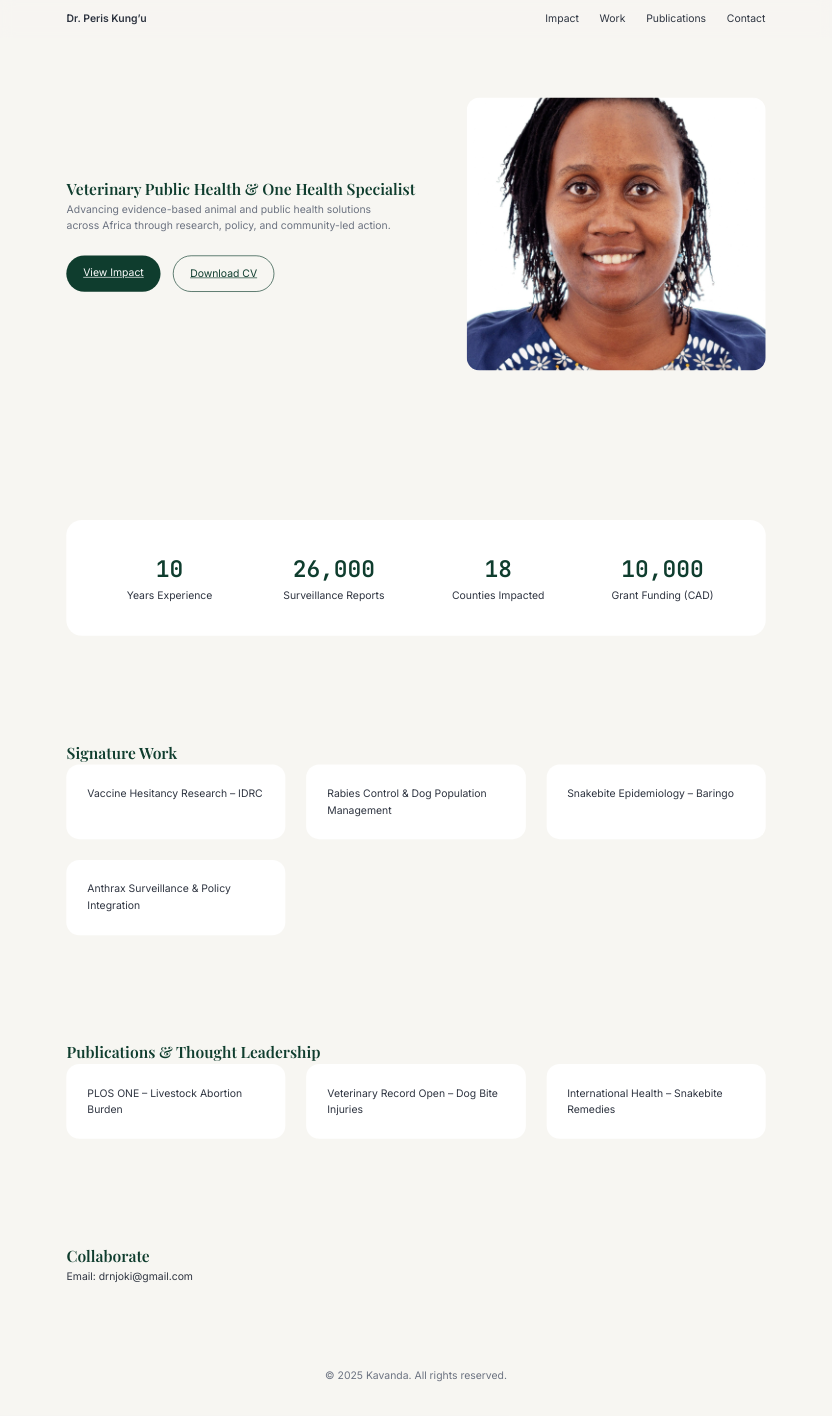
Repository: ladygit-comits/Peris_Portfolio
Page: index.html
An editor plug-in stored every save of this project. The page is shown before and after the next save, followed by the edit.
The browser window is 1280 px wide. The pictures show the whole page, at 65% of full size.

Above is the page before, as saved 2026-01-01 20:38:53.

### index.html
<!DOCTYPE html>
<html lang="en">
<head>
  <meta charset="UTF-8" />
  <meta name="viewport" content="width=device-width, initial-scale=1.0" />
  <title>Dr. Peris Kung’u | Veterinary Public Health</title>

  <!-- Google Fonts -->
  <link href="https://fonts.googleapis.com/css2?family=Playfair+Display:wght@400;600&family=Inter:wght@300;400;500;600&family=JetBrains+Mono:wght@400;600&display=swap" rel="stylesheet">

  <link rel="stylesheet" href="style.css" />
</head>
<body>

<nav>
  <strong>Dr. Peris Kung’u</strong>
  <ul>
    <li><a href="#impact">Impact</a></li>
    <li><a href="#work">Work</a></li>
    <li><a href="#publications">Publications</a></li>
    <li><a href="#contact">Contact</a></li>
  </ul>
</nav>

<section class="hero">
  <div class="hero-text">
    <h1>Veterinary Public Health & One Health Specialist</h1>
    <p>
      Advancing evidence-based animal and public health solutions across Africa through research, policy, and community-led action.
    </p>
    <div class="cta">
      <a class="btn primary" href="#work">View Impact</a>
      <a class="btn secondary" href="#">Download CV</a>
    </div>
  </div>
  <div class="hero-img"></div>
</section>

<section id="impact">
  <div class="stats">
    <div class="stat">
      <h3 data-count="10">0</h3>
      <p>Years Experience</p>
    </div>
    <div class="stat">
      <h3 data-count="26000">0</h3>
      <p>Surveillance Reports</p>
    </div>
    <div class="stat">
      <h3 data-count="18">0</h3>
      <p>Counties Impacted</p>
    </div>
    <div class="stat">
      <h3 data-count="10000">0</h3>
      <p>Grant Funding (CAD)</p>
    </div>
  </div>
</section>

<section id="work">
  <h2>Signature Work</h2>
  <div class="grid">
    <div class="card">Vaccine Hesitancy Research – IDRC</div>
    <div class="card">Rabies Control & Dog Population Management</div>
    <div class="card">Snakebite Epidemiology – Baringo</div>
    <div class="card">Anthrax Surveillance & Policy Integration</div>
  </div>
</section>

<section id="publications">
  <h2>Publications & Thought Leadership</h2>
  <div class="grid">
    <div class="card">PLOS ONE – Livestock Abortion Burden</div>
    <div class="card">Veterinary Record Open – Dog Bite Injuries</div>
    <div class="card">International Health – Snakebite Remedies</div>
  </div>
</section>

<section id="contact">
  <h2>Collaborate</h2>
  <p>Email: drnjoki@gmail.com</p>
</section>

<footer>
 © 2025 Kavanda. All rights reserved.
</footer>

<script src="script.js"></script>
</body>
</html>

### style.css
:root {
  --primary: #0F3D2E;
  --accent: #C9A24D;
  --bg: #F7F6F2;
  --text: #2E3440;
  --muted: #6B7280;
}

* {
  margin: 0;
  padding: 0;
  box-sizing: border-box;
}

body {
  font-family: 'Inter', sans-serif;
  background: var(--bg);
  color: var(--text);
  line-height: 1.6;
}

section {
  padding: 5rem 8%;
}

h1, h2, h3 {
  font-family: 'Playfair Display', serif;
  color: var(--primary);
}

/* NAV */
nav {
  position: fixed;
  top: 0;
  width: 100%;
  background: rgba(247,246,242,0.9);
  backdrop-filter: blur(10px);
  padding: 1rem 8%;
  display: flex;
  justify-content: space-between;
  align-items: center;
  z-index: 1000;
}

nav ul {
  list-style: none;
  display: flex;
  gap: 2rem;
}

nav a {
  text-decoration: none;
  color: inherit;
}

nav a:hover {
  color: var(--accent);
}

/* HERO */
.hero {
  min-height: 100vh;
  display: grid;
  grid-template-columns: 1.2fr 1fr;
  align-items: center;
  gap: 4rem;
}

.hero p {
  max-width: 520px;
  color: var(--muted);
}

.hero-img {
  height: 420px;
  border-radius: 20px;
  background:

    url('images/peris.jpeg');
  background-size: cover;
  background-position: center;
  background-blend-mode: overlay;
}


.cta {
  margin-top: 2rem;
  display: flex;
  gap: 1.2rem;
}

.btn {
  padding: 0.9rem 1.6rem;
  border-radius: 30px;
  transition: 0.3s ease;
}

.btn.primary {
  background: var(--primary);
  color: #fff;
}

.btn.secondary {
  border: 1px solid var(--primary);
  color: var(--primary);
}

.btn:hover {
  transform: translateY(-2px);
}

/* STATS */
.stats {
  background: #fff;
  border-radius: 24px;
  padding: 3rem;
  display: grid;
  grid-template-columns: repeat(4, 1fr);
  gap: 2rem;
}

.stat {
  text-align: center;
}

.stat h3 {
  font-family: 'JetBrains Mono', monospace;
  font-size: 2.2rem;
}

/* GRID */
.grid {
  display: grid;
  grid-template-columns: repeat(auto-fit, minmax(280px, 1fr));
  gap: 2rem;
}

.card {
  background: #fff;
  padding: 2rem;
  border-radius: 20px;
  transition: 0.3s ease;
}

.card:hover {
  transform: translateY(-6px);
}

footer {
  text-align: center;
  padding: 3rem;
  color: var(--muted);
}

@media (max-width: 900px) {
  .hero {
    grid-template-columns: 1fr;
  }
  .stats {
    grid-template-columns: repeat(2, 1fr);
  }
}

### script.js
const counters = document.querySelectorAll('[data-count]');

function animateCounters() {
  counters.forEach(counter => {
    const target = +counter.dataset.count;
    let count = 0;
    const increment = target / 80;

    function update() {
      count += increment;
      if (count < target) {
        counter.innerText = Math.ceil(count);
        requestAnimationFrame(update);
      } else {
        counter.innerText = target.toLocaleString();
      }
    }

    update();
  });
}

window.addEventListener('load', animateCounters);

After the next save:
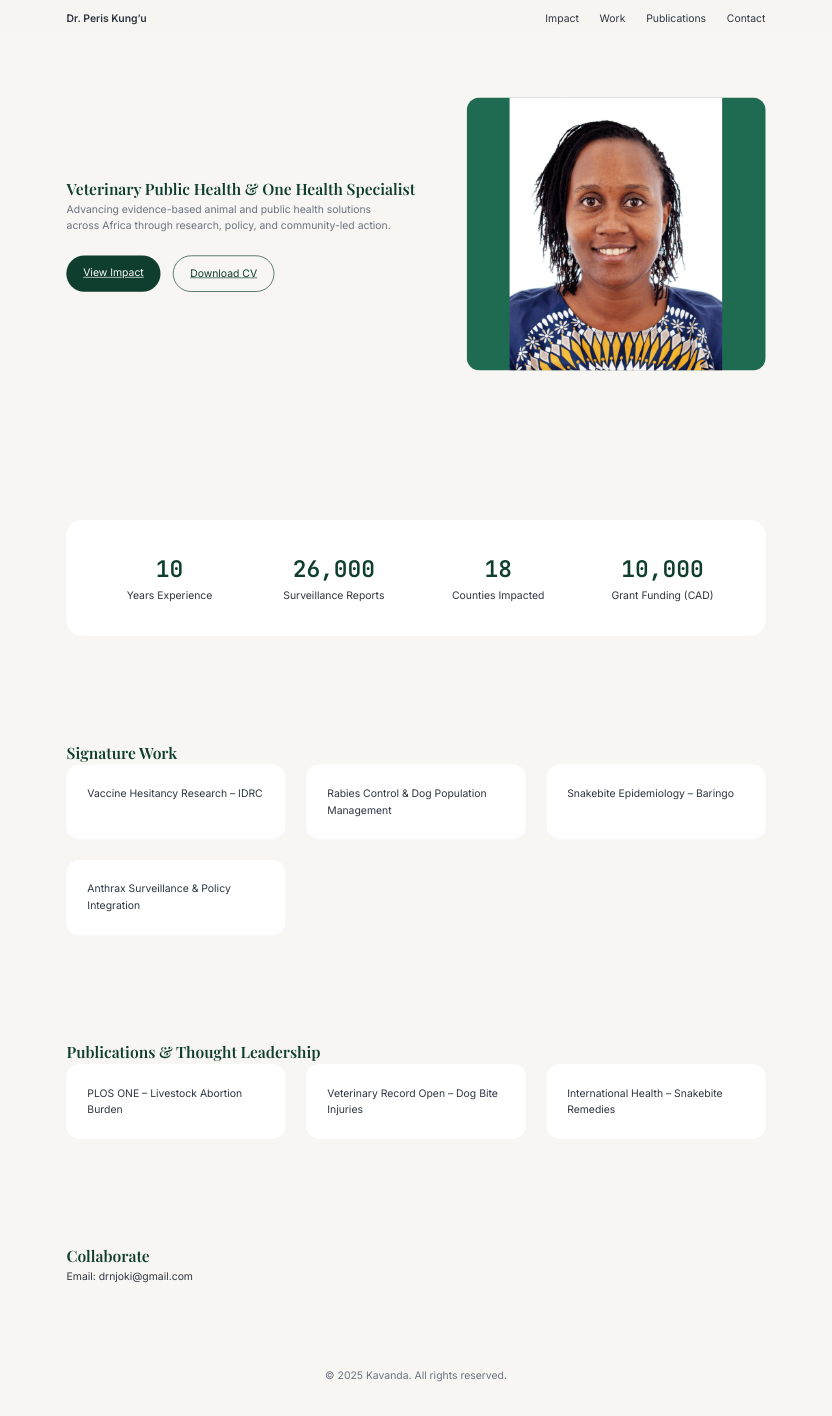
Saved 51 s later.
--- a/style.css
+++ b/style.css
@@ -74,12 +74,9 @@ nav a:hover {
 .hero-img {
   height: 420px;
   border-radius: 20px;
-  background:
-
-    url('images/peris.jpeg');
-  background-size: cover;
-  background-position: center;
-  background-blend-mode: overlay;
+  background: url('images/peris.jpeg') no-repeat center center;
+  background-size: contain;
+  background-color: #1f6b52;
 }
 
 
